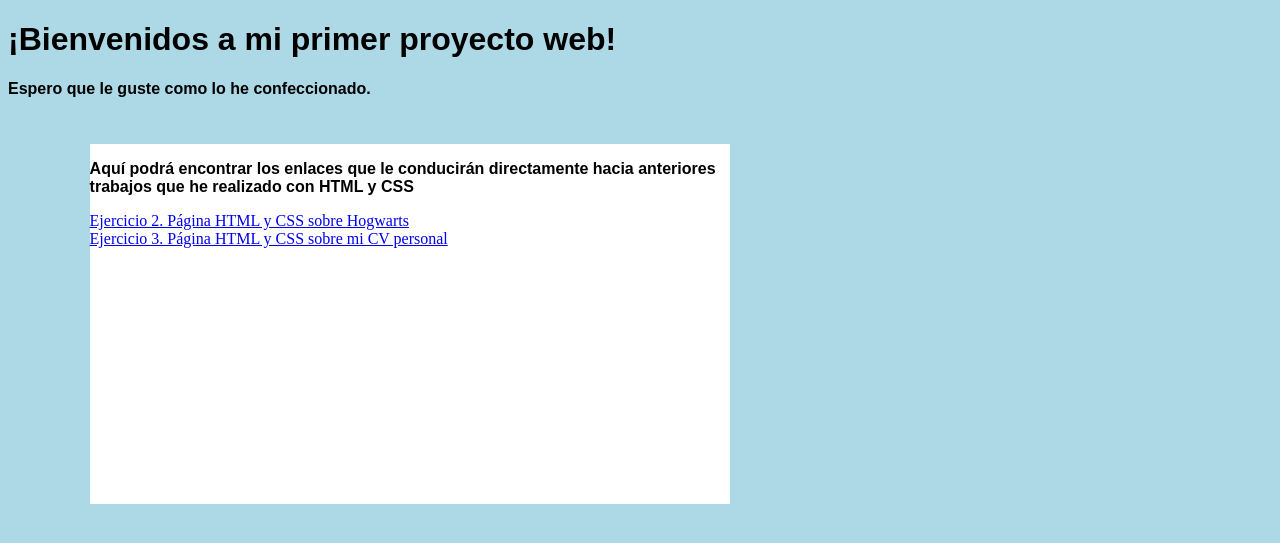
Repository: Pablosky971/Ejercicio-4.-Proyecto-Web
Page: http://localhost/Ejercicio4/
The author's editor kept a copy of each file at every save. The page is drawn from the files as they stood at one save, then again after a run of saves.
The browser window is 1280 px wide. The pictures show the whole page.
The page is served by Tomcat 9.

Above is the page before, as saved 2022-03-09 12:47:49.

After the next 2 saves:
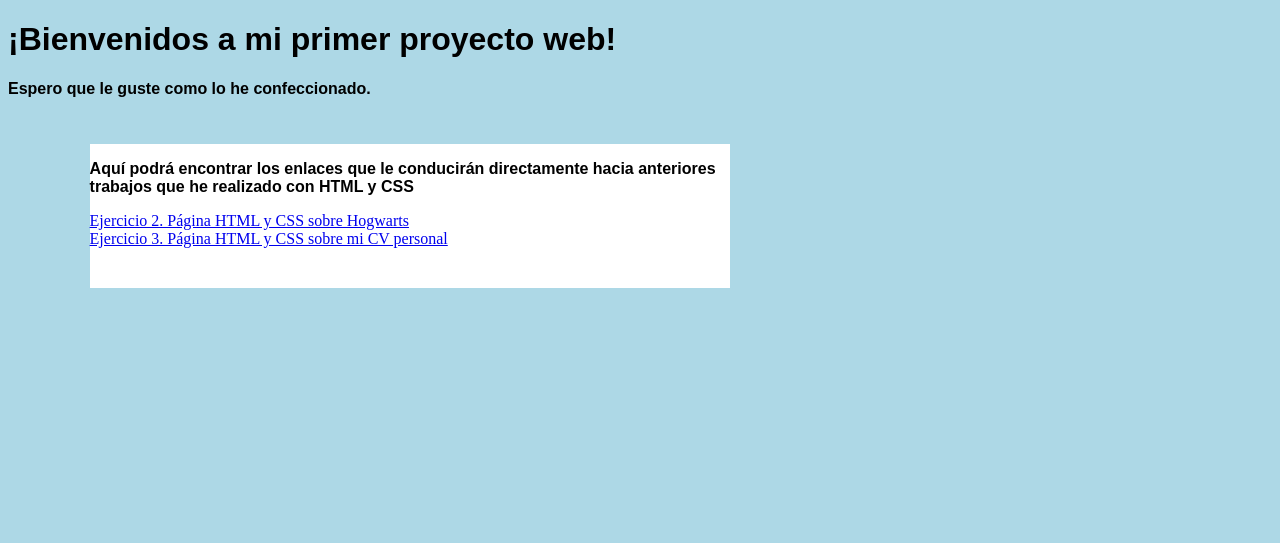
The 2 saves are shown as one change because they came seconds apart.
The last was saved 29 s later.
--- a/Ejercicio4/src/main/webapp/css/index.css
+++ b/Ejercicio4/src/main/webapp/css/index.css
@@ -24,7 +24,7 @@ nav {
 	top: 20%;
 	left: 7%;
 	width: 50%;
-	height: 50%;
+	height: 20%;
 	display: block;
 }
 
